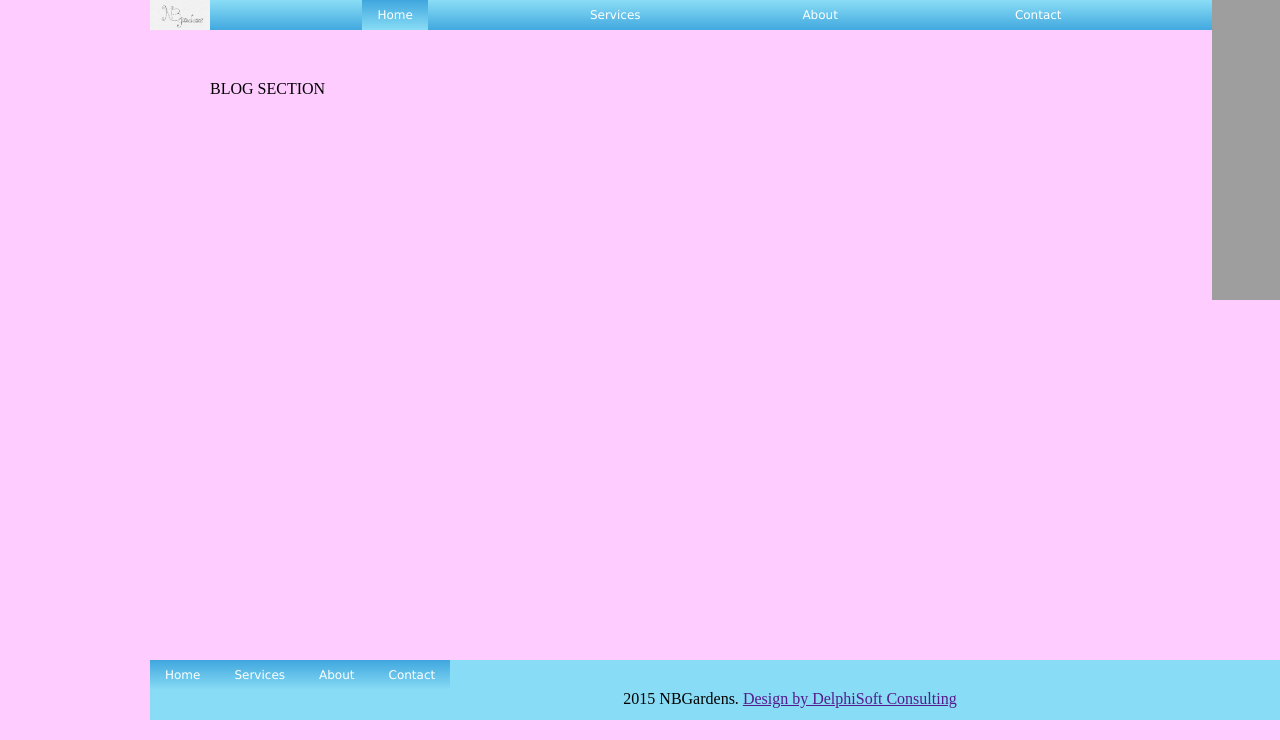
Repository: GAndrews13/BlueGardens
Page: BlueGardensEESystem/src/main/webapp/templates/template.html
These files come from the project's save history. The page is drawn as it stood at one moment and after a run of saves; the edit follows.
The browser window is 1280 px wide. The pictures show the whole page.
Pictures or frames that could not be fetched are drawn as grey boxes.

Above is the page before, as saved 2015-07-21 14:01:07.

After the next 2 saves:
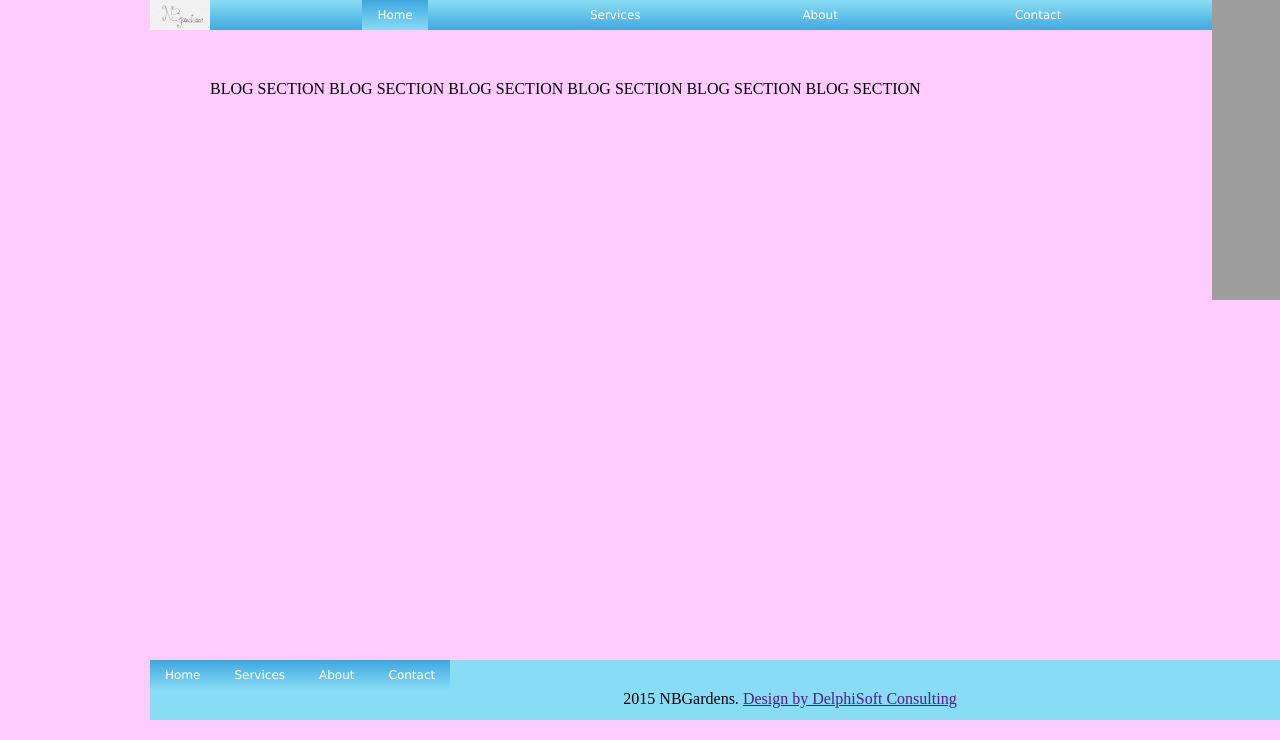
The 2 saves are shown as one change because they came seconds apart.
The last was saved 24 s later.
--- a/BlueGardensEESystem/src/main/webapp/templates/template.html
+++ b/BlueGardensEESystem/src/main/webapp/templates/template.html
@@ -40,6 +40,78 @@
 		<div class="content">
 			<div id="sidebarRight">
 				BLOG SECTION
+
+
+
+
+
+
+
+
+
+
+
+				BLOG SECTION
+
+
+
+
+
+
+
+
+
+
+
+				BLOG SECTION
+
+
+
+
+
+
+
+
+
+
+
+				BLOG SECTION
+
+
+
+
+
+
+
+
+
+
+
+				BLOG SECTION
+
+
+
+
+
+
+
+
+
+
+
+				BLOG SECTION
+
+
+
+
+
+
+
+
+
+
+
+
 			</div>
 			<ui:insert name="body"/>
 		</div>

After the 2 saves that followed:
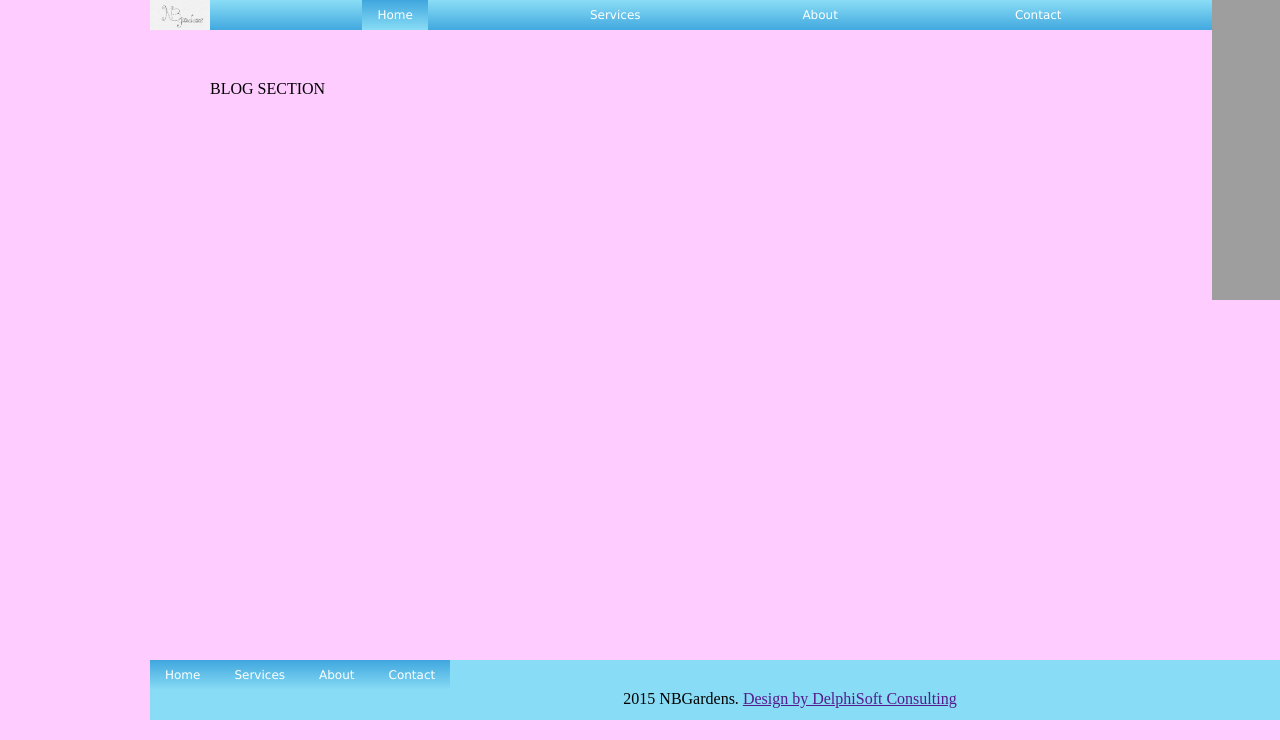
The 2 saves are shown as one change because they came seconds apart.
The last was saved 8 s later.
--- a/BlueGardensEESystem/src/main/webapp/templates/template.html
+++ b/BlueGardensEESystem/src/main/webapp/templates/template.html
@@ -40,78 +40,7 @@
 		<div class="content">
 			<div id="sidebarRight">
 				BLOG SECTION
-
-
-
-
-
-
-
-
-
-
-
-				BLOG SECTION
-
-
-
-
-
-
-
-
-
-
-
-				BLOG SECTION
-
-
-
-
-
-
-
-
-
-
-
-				BLOG SECTION
-
-
-
-
-
-
-
-
-
-
-
-				BLOG SECTION
-
-
-
-
-
-
-
-
-
-
-
-				BLOG SECTION
-
-
-
-
-
-
-
-
-
-
-
-
+				<br>
 			</div>
 			<ui:insert name="body"/>
 		</div>
